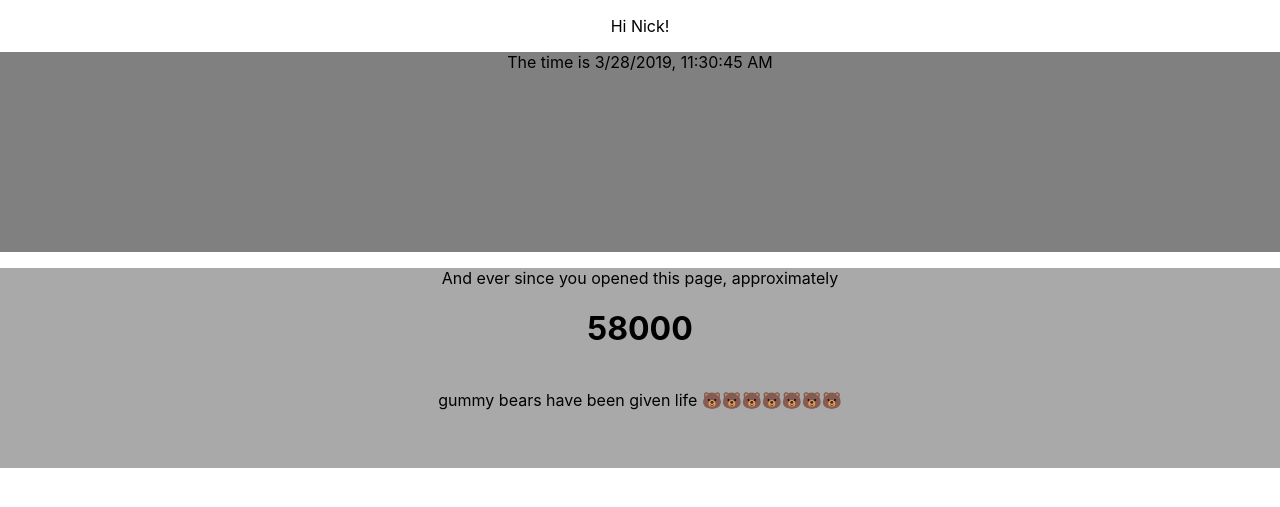
Repository: crispinonicky/gummy-facts
Page: /
These files come from the project's save history. The page is drawn as it stood at one moment and after the next save; the edit follows.
The browser window is 1280 px wide. The pictures show the whole page.
The project was rebuilt for these pictures with package versions that can differ from the ones it lists, and the page was loaded fresh each time.

Above is the page before, as saved 2019-03-28 14:28:09.

After the next save:
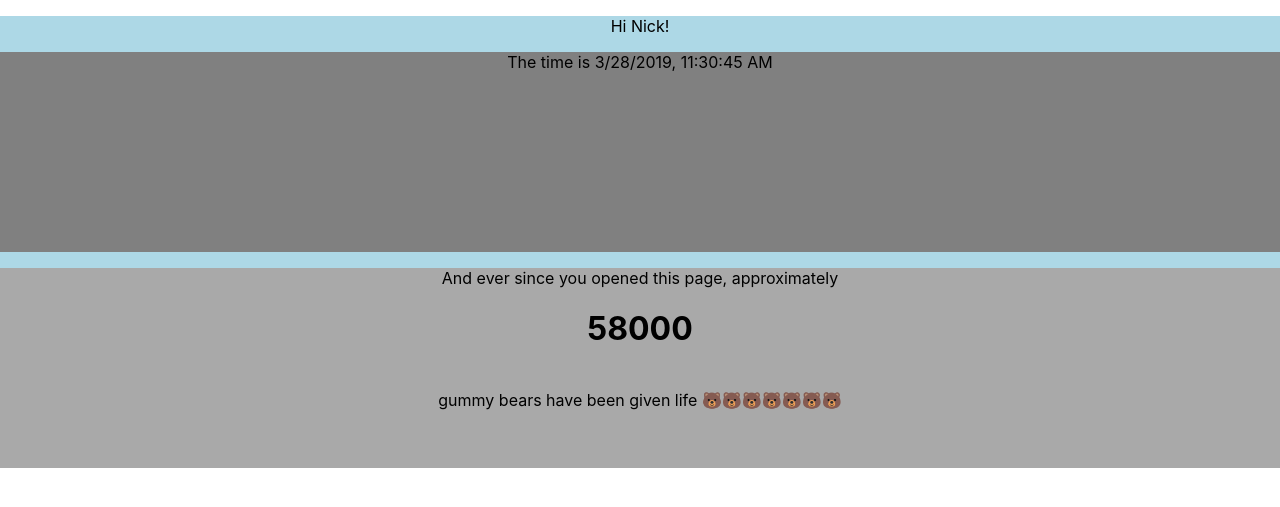
Saved 9 s later.
--- a/src/App.css
+++ b/src/App.css
@@ -1,6 +1,7 @@
 .App {
   text-align: center;
   margin: 0 auto;
+  background: lightblue;
 }
 
 .Clock {
